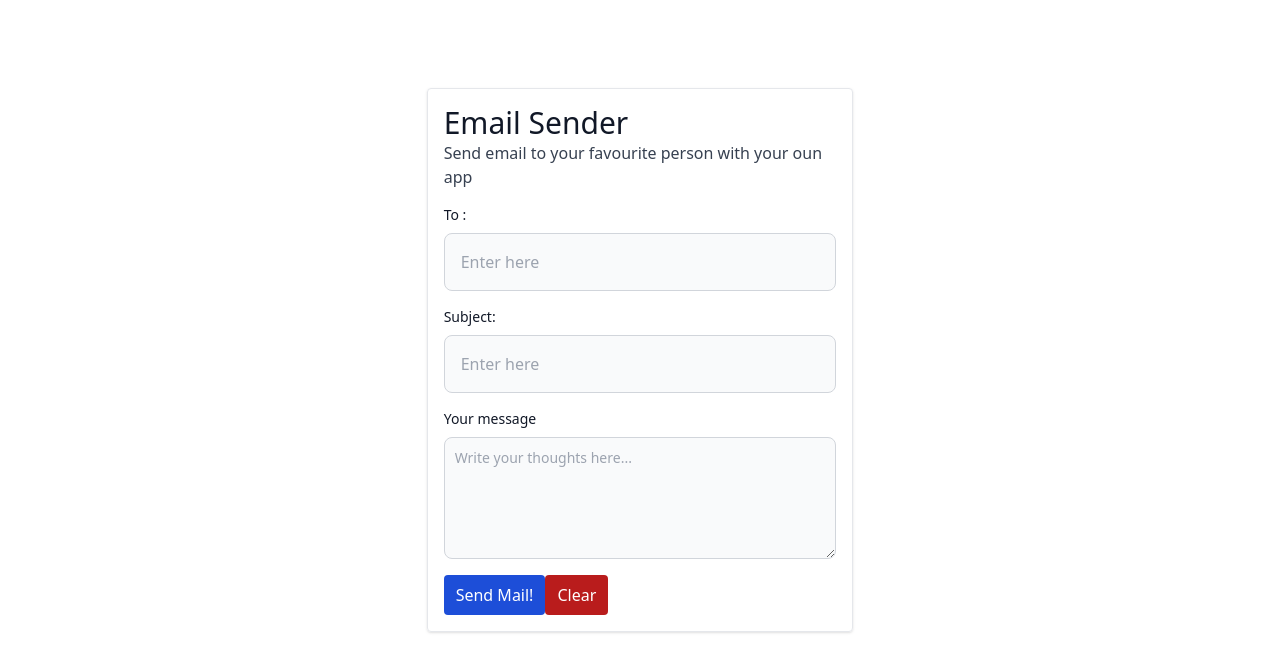
Repository: vikas-1234/EmailReactProject
Page: / (app in email-sender/)
The author's editor kept a copy of each file at every save. The page is drawn from the files as they stood at one save, then again after the next save.
The browser window is 1280 px wide. The pictures show the whole page.
The project was rebuilt for these pictures with package versions that can differ from the ones it lists, and the page was loaded fresh each time. Also part of the build but not shown: email-sender/vite.config.js, email-sender/src/App.css.

Above is the page before, as saved 2024-04-20 15:10:11.

### email-sender/src/App.jsx

import './App.css'
import EmailSender from './components/EmailSender'

function App() {


  return (
    <>
      <EmailSender/>
    </>
  )
}

export default App

### email-sender/src/components/EmailSender.jsx

function EmailSender() {
  return (
    /* The code `<div>EmailSender</div>` is creating a JSX element in React. It is rendering a `<div>`
    element with the text content "EmailSender" inside it. This JSX element will be displayed as a
    div with the text "EmailSender" when the `EmailSender` component is rendered. */
    // <div>EmailSender</div>
    <div className="w-full min-h-screen flex justify-center items-center">



<div className="email_card w-1/3 p-4 border rounded shadow">
<h1 className="text-gray-900 text-3xl">Email Sender</h1>
<p className="text-gray-700"> Send email to your favourite person with your oun app  </p>

<form action="">

{/* To Section */}

<div className="input_field mt-4">
<label for="large-input" class="block mb-2 text-sm font-medium text-gray-900 dark:text-white" >To :</label>
<input type="text" placeholder="Enter here" id="large-input" class="block w-full p-4 text-gray-900 border border-gray-300 rounded-lg bg-gray-50 text-base focus:ring-blue-500 focus:border-blue-500 dark:bg-gray-700 dark:border-gray-600 dark:placeholder-gray-400 dark:text-white dark:focus:ring-blue-500 dark:focus:border-blue-500"></input>
</div>
{/* To Subject */}

<div className="input_field mt-4">
<label for="large-input" class="block mb-2 text-sm font-medium text-gray-900 dark:text-white" >Subject:</label>
<input type="text" placeholder="Enter here" id="large-input" class="block w-full p-4 text-gray-900 border border-gray-300 rounded-lg bg-gray-50 text-base focus:ring-blue-500 focus:border-blue-500 dark:bg-gray-700 dark:border-gray-600 dark:placeholder-gray-400 dark:text-white dark:focus:ring-blue-500 dark:focus:border-blue-500"></input>
</div>

{/* Message Section */}

<div className="form_field mt-4">
<label for="message" class="block mb-2 text-sm font-medium text-gray-900 dark:text-white">Your message</label>
<textarea id="message" rows="5" class="block p-2.5 w-full text-sm text-gray-900 bg-gray-50 rounded-lg border border-gray-300 focus:ring-blue-500 focus:border-blue-500 dark:bg-gray-700 dark:border-gray-600 dark:placeholder-gray-400 dark:text-white dark:focus:ring-blue-500 dark:focus:border-blue-500" placeholder="Write your thoughts here..."></textarea>

</div>

<div className="button_container mt-4">
<button className="hover:bg-blue-900 text-white bg-blue-700 px-3 py-2 rounded">Send Mail!</button>
<button className="hover:bg-red-900 text-white bg-red-700 px-3 py-2 rounded">Clear</button>

</div>








</form>









    </div>
    </div>

  )
}

export default EmailSender;

### email-sender/tailwind.config.js
/** @type {import('tailwindcss').Config} */
export default {
  content: ["./index.html",
  "./src/**/*.{js,ts,jsx,tsx}",],
  theme: {
    extend: {},
  },
  plugins: [],
  darkMode:'selector',
}

Loaded but not shown: email-sender/index.html (common file); email-sender/src/main.jsx (common file); email-sender/src/index.css (common file)

After the next save:
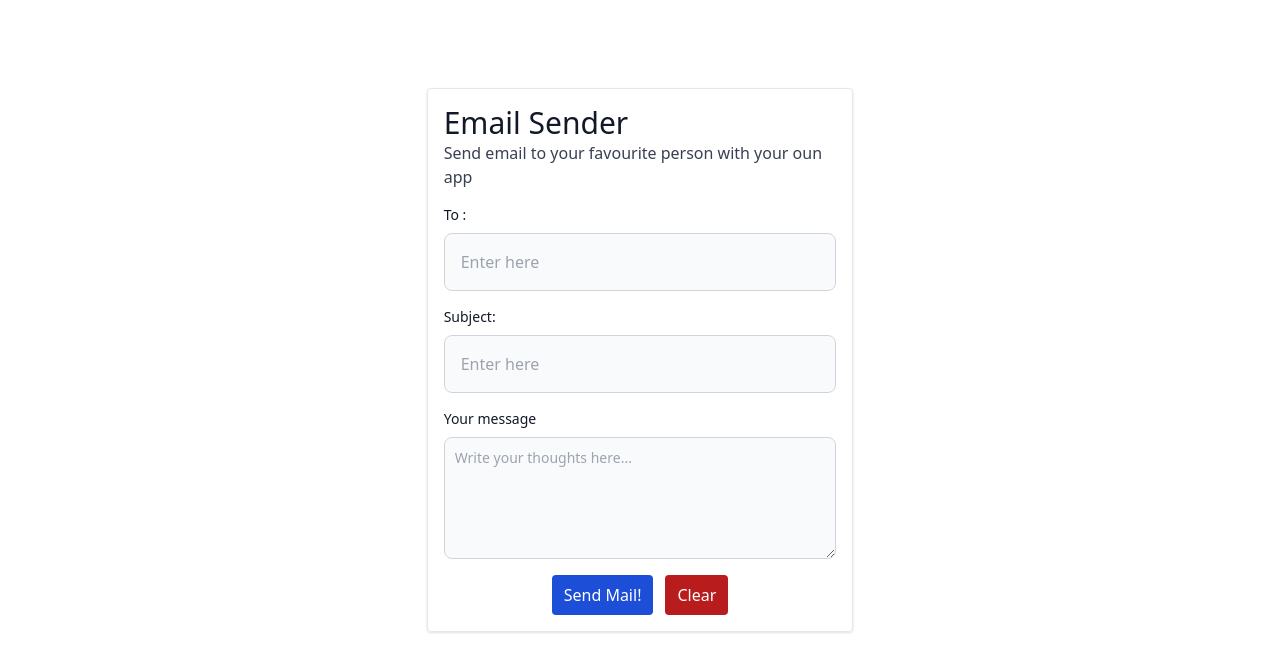
Saved 47 s later.
--- a/email-sender/src/components/EmailSender.jsx
+++ b/email-sender/src/components/EmailSender.jsx
@@ -36,7 +36,7 @@ function EmailSender() {
 
 </div>
 
-<div className="button_container mt-4">
+<div className="button_container mt-4 flex justify-center gap-3">
 <button className="hover:bg-blue-900 text-white bg-blue-700 px-3 py-2 rounded">Send Mail!</button>
 <button className="hover:bg-red-900 text-white bg-red-700 px-3 py-2 rounded">Clear</button>
 
